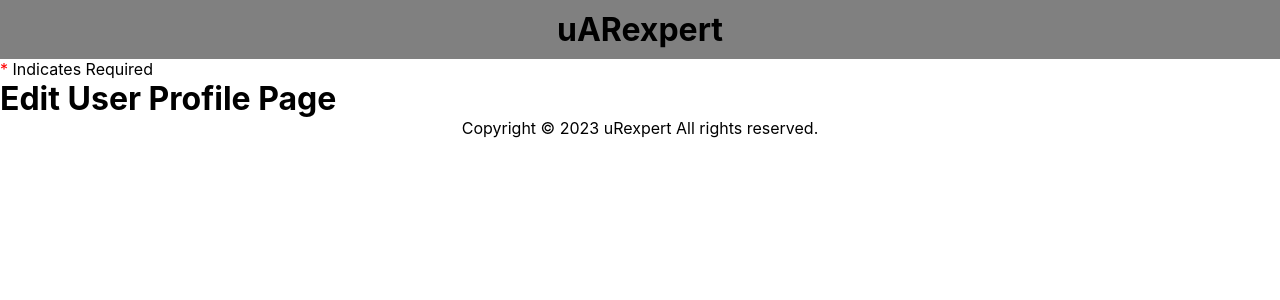
Repository: onionNguyen/Senior-Design-Project
Page: /profile/edit (app in frontend/)
An editor plug-in stored every save of this project. The page is shown before and after the next save, followed by the edit.
The browser window is 1280 px wide. The pictures show the whole page.
The page's requests for data from a server got no answer. The project was rebuilt for these pictures with package versions that can differ from the ones it lists, and the page was loaded fresh each time. No one was signed in, and anything a server would have sent is missing. Also part of the build but not shown: frontend/src/components/form/Input.js, frontend/src/components/pages/edit-user-profile/EditProfile.module.css, frontend/src/components/form/MessageRibbon.js, frontend/src/components/pages/login/Login.module.css, frontend/src/components/pages/login/Login.js, frontend/src/components/sidenav/SideNav.module.css, frontend/src/components/sidenav/SideNav.js, frontend/src/components/pages/home/Home.module.css and 7 more.

Above is the page before, as saved 2023-10-27 00:12:46.

After the next save:
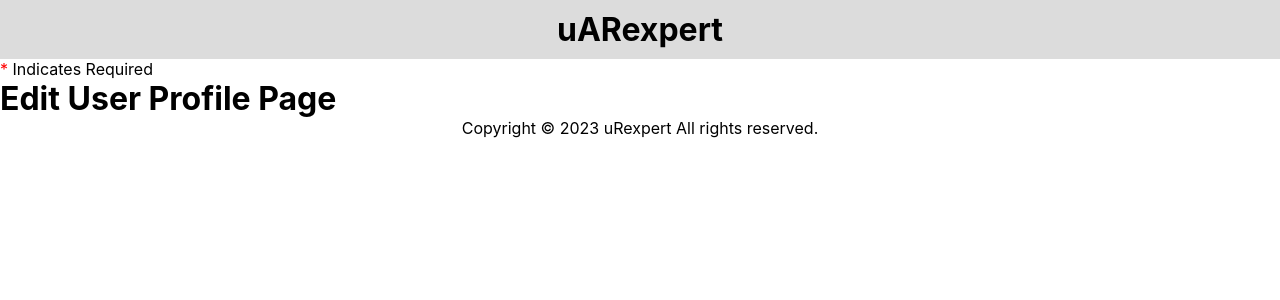
Saved 16 s later.
--- a/frontend/src/components/header/Header.module.css
+++ b/frontend/src/components/header/Header.module.css
@@ -2,7 +2,7 @@
   display: flex;
   justify-content: center;
   align-items: center;
-  background-color: grey;
+  background-color: gainsboro;
   padding: 10px 20px;
 }
 
